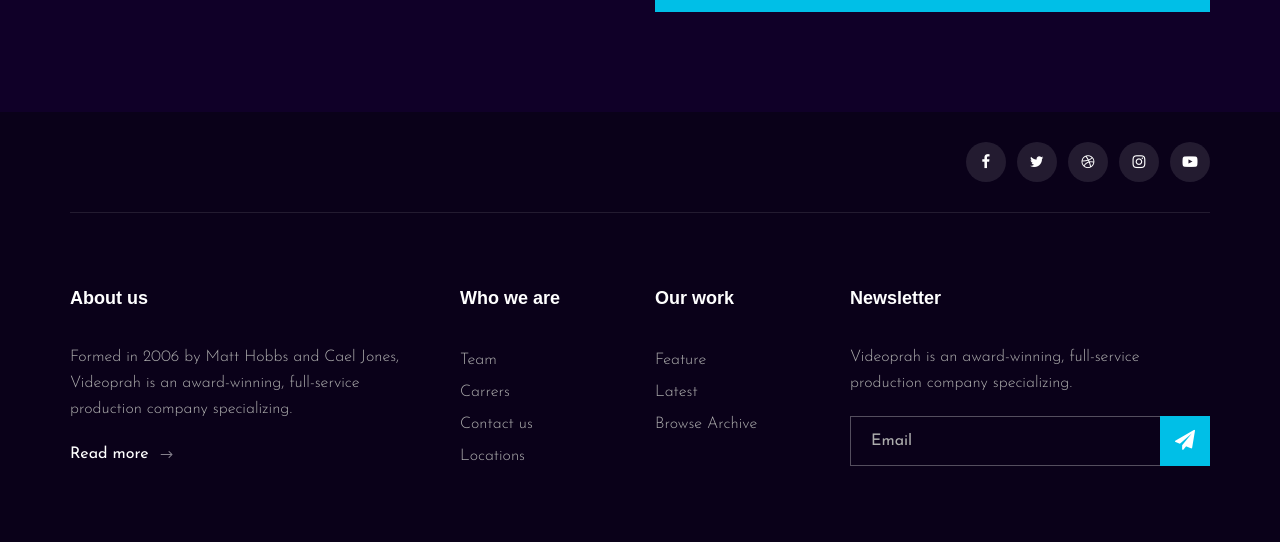
Repository: codexshot/himanshu-portfolio.io
Page: contact.html
The author's editor kept a copy of each file at every save. The page is drawn from the files as they stood at one save, then again after the next save.
The browser window is 1280 px wide. The pictures show the part of the page from y = 1095 to 1637 px (the page is 1637 px tall).
Some web fonts or font styles are not loaded; a fallback is used.

Above is the page before, as saved 2024-04-14 19:03:28.

### contact.html
<!DOCTYPE html>
<html lang="zxx">

<head>
    <meta charset="UTF-8">
    <meta name="description" content="Videograph Template">
    <meta name="keywords" content="Videograph, unica, creative, html">
    <meta name="viewport" content="width=device-width, initial-scale=1.0">
    <meta http-equiv="X-UA-Compatible" content="ie=edge">
    <title>Videograph | Template</title>

    <!-- Google Font -->
    <link href="https://fonts.googleapis.com/css2?family=Play:wght@400;700&display=swap" rel="stylesheet">
    <link href="https://fonts.googleapis.com/css2?family=Josefin+Sans:wght@300;400;500;600;700&display=swap"
        rel="stylesheet">

    <!-- Css Styles -->
    <link rel="stylesheet" href="css/bootstrap.min.css" type="text/css">
    <link rel="stylesheet" href="css/font-awesome.min.css" type="text/css">
    <link rel="stylesheet" href="css/elegant-icons.css" type="text/css">
    <link rel="stylesheet" href="css/owl.carousel.min.css" type="text/css">
    <link rel="stylesheet" href="css/magnific-popup.css" type="text/css">
    <link rel="stylesheet" href="css/slicknav.min.css" type="text/css">
    <link rel="stylesheet" href="css/style.css" type="text/css">
</head>

<body>
    <!-- Page Preloder -->
    <div id="preloder">
        <div class="loader"></div>
    </div>

    <!-- Header Section Begin -->
    <header class="header">
        <div class="container">
            <div class="row">
                <div class="col-lg-2">
                    <div class="header__logo">
                        <h4 style="color: aliceblue;">Himanshu's Portfolio</h4>
                    </div>
                </div>
                <div class="col-lg-10">l̥
                    <div class="header__nav__option">
                        <nav class="header__nav__menu mobile-menu">
                            <ul>
                                <li class="active"><a href="./index.html">Home</a></li>
                                <li><a href="./about.html">About</a></li>

                                <li><a href="./services.html">Services</a></li>
                                <li><a href="./contact.html">Contact</a></li>
                            </ul>
                        </nav>
                        <div class="header__nav__social">
                            <a href="#"><i class="fa fa-facebook"></i></a>
                            <a href="#"><i class="fa fa-twitter"></i></a>
                            <a href="#"><i class="fa fa-dribbble"></i></a>
                            <a href="#"><i class="fa fa-instagram"></i></a>
                            <a href="#"><i class="fa fa-youtube-play"></i></a>
                        </div>
                    </div>
                </div>
            </div>
            <div id="mobile-menu-wrap"></div>
        </div>
    </header>
    <!-- Header End -->

    <!-- Breadcrumb Begin -->
    <div class="breadcrumb-option spad set-bg" data-setbg="img/breadcrumb-bg.jpg">
        <div class="container">
            <div class="row">
                <div class="col-lg-12 text-center">
                    <div class="breadcrumb__text">
                        <h2>Contact Detail</h2>
                        <div class="breadcrumb__links">
                            <a href="#">Home</a>
                            <span>Contact</span>
                        </div>
                    </div>
                </div>
            </div>
        </div>
    </div>
    <!-- Breadcrumb End -->

    <!-- Contact Widget Section Begin -->
    <section class="contact-widget spad">
        <div class="container">
            <div class="row">
                <div class="col-lg-4 col-md-6 col-md-6 col-md-3">
                    <div class="contact__widget__item">
                        <div class="contact__widget__item__icon">
                            <i class="fa fa-map-marker"></i>
                        </div>
                        <div class="contact__widget__item__text">
                            <h4>Address</h4>
                            <p>Bathurst St. Toronto Canada</p>
                        </div>
                    </div>
                </div>
                <div class="col-lg-4 col-md-6 col-md-6 col-md-3">
                    <div class="contact__widget__item">
                        <div class="contact__widget__item__icon">
                            <i class="fa fa-phone"></i>
                        </div>
                        <div class="contact__widget__item__text">
                            <h4>Hotline</h4>
                            <p>+1 647 839 9508</p>
                        </div>
                    </div>
                </div>
                <div class="col-lg-4 col-md-6 col-md-6 col-md-3">
                    <div class="contact__widget__item">
                        <div class="contact__widget__item__icon">
                            <i class="fa fa-map-marker"></i>
                        </div>
                        <div class="contact__widget__item__text">
                            <h4>Email</h4>
                            <p>abhahim@gmail.com</p>
                        </div>
                    </div>
                </div>
            </div>
        </div>
    </section>
    <!-- Contact Widget Section End -->

    <!-- Call To Action Section Begin -->
    <section class="contact spad">
        <div class="container">
            <div class="row">
                <div class="col-lg-6 col-md-6">
                    <div class="contact__map">
                        <iframe
                        src="https://www.google.com/maps/embed?pb=!1m18!1m12!1m3!1d387190.2798902705!2d-79.347015!3d43.651070!2m3!1f0!2f0!3f0!3m2!1i1024!2i768!4f13.1!3m3!1m2!1s0x89d4cb90d7b6e35b:0x808f77d04f0bde21!2sToronto%2C%20ON%2C%20Canada!5e0!3m2!1sen!2sbd!4v1596152431947!5m2!1sen!2sbd"
                            height="450" style="border:0;"></iframe>
                    </div>
                </div>
                <div class="col-lg-6 col-md-6">
                    <div class="contact__form">
                        <h3>Get in touch</h3>
                        <form action="#">
                            <input type="text" placeholder="Name">
                            <input type="text" placeholder="Email">
                            <input type="text" placeholder="Website">
                            <textarea placeholder="Message"></textarea>
                            <button type="submit" class="site-btn">Send Message</button>
                        </form>
                    </div>
                </div>
            </div>
        </div>
    </section>
    <!-- Call To Action Section End -->

    <!-- Footer Section Begin -->
    <footer class="footer">
        <div class="container">
            <div class="footer__top">
                <div class="row">
                    <div class="col-lg-6 col-md-6">
                        <div class="footer__top__logo">

                        </div>
                    </div>
                    <div class="col-lg-6 col-md-6">
                        <div class="footer__top__social">
                            <a href="#"><i class="fa fa-facebook"></i></a>
                            <a href="#"><i class="fa fa-twitter"></i></a>
                            <a href="#"><i class="fa fa-dribbble"></i></a>
                            <a href="#"><i class="fa fa-instagram"></i></a>
                            <a href="#"><i class="fa fa-youtube-play"></i></a>
                        </div>
                    </div>
                </div>
            </div>
            <div class="footer__option">
                <div class="row">
                    <div class="col-lg-4 col-md-6">
                        <div class="footer__option__item">
                            <h5>About us</h5>
                            <p>Formed in 2006 by Matt Hobbs and Cael Jones, Videoprah is an award-winning, full-service
                                production company specializing.</p>
                            <a href="#" class="read__more">Read more <span class="arrow_right"></span></a>
                        </div>
                    </div>
                    <div class="col-lg-2 col-md-3">
                        <div class="footer__option__item">
                            <h5>Who we are</h5>
                            <ul>
                                <li><a href="#">Team</a></li>
                                <li><a href="#">Carrers</a></li>
                                <li><a href="#">Contact us</a></li>
                                <li><a href="#">Locations</a></li>
                            </ul>
                        </div>
                    </div>
                    <div class="col-lg-2 col-md-3">
                        <div class="footer__option__item">
                            <h5>Our work</h5>
                            <ul>
                                <li><a href="#">Feature</a></li>
                                <li><a href="#">Latest</a></li>
                                <li><a href="#">Browse Archive</a></li>

                            </ul>
                        </div>
                    </div>
                    <div class="col-lg-4 col-md-12">
                        <div class="footer__option__item">
                            <h5>Newsletter</h5>
                            <p>Videoprah is an award-winning, full-service production company specializing.</p>
                            <form action="#">
                                <input type="text" placeholder="Email">
                                <button type="submit"><i class="fa fa-send"></i></button>
                            </form>
                        </div>
                    </div>
                </div>
            </div>
            <!-- <div class="footer__copyright"> -->
                <!-- <div class="row"> -->
                    <!-- <div class="col-lg-12 text-center"> -->
                        <!-- Link back to Colorlib can't be removed. Template is licensed under CC BY 3.0. -->
                        <!-- <p class="footer__copyright__text">Copyright &copy; -->
                            <!-- <script> -->
                                <!-- document.write(new Date().getFullYear()); -->
                            <!-- </script> -->
                            <!-- All rights reserved | This template is made with <i class="fa fa-heart-o" -->
                                <!-- aria-hidden="true"></i> by <a href="https://colorlib.com" target="_blank">Colorlib</a> -->
                        <!-- </p> -->
                        <!-- Link back to Colorlib can't be removed. Template is licensed under CC BY 3.0. -->
                    <!-- </div> -->
                <!-- </div> -->
            <!-- </div> -->
        </div>
    </footer>
    <!-- Footer Section End -->

    <!-- Js Plugins -->
    <script src="js/jquery-3.3.1.min.js"></script>
    <script src="js/bootstrap.min.js"></script>
    <script src="js/jquery.magnific-popup.min.js"></script>
    <script src="js/mixitup.min.js"></script>
    <script src="js/masonry.pkgd.min.js"></script>
    <script src="js/jquery.slicknav.js"></script>
    <script src="js/owl.carousel.min.js"></script>
    <script src="js/main.js"></script>
</body>

</html>

Loaded but not shown: css/bootstrap.min.css (library); css/font-awesome.min.css (library); css/owl.carousel.min.css (library); css/magnific-popup.css (library); css/slicknav.min.css (common file); js/jquery-3.3.1.min.js (library); js/bootstrap.min.js (library); js/jquery.magnific-popup.min.js (library); js/mixitup.min.js (library); js/masonry.pkgd.min.js (library); js/jquery.slicknav.js (library); js/owl.carousel.min.js (library); js/main.js (182 lines, source omitted); css/style.css (2339 lines, source omitted); css/elegant-icons.css (1157 lines, source omitted)

After the next save:
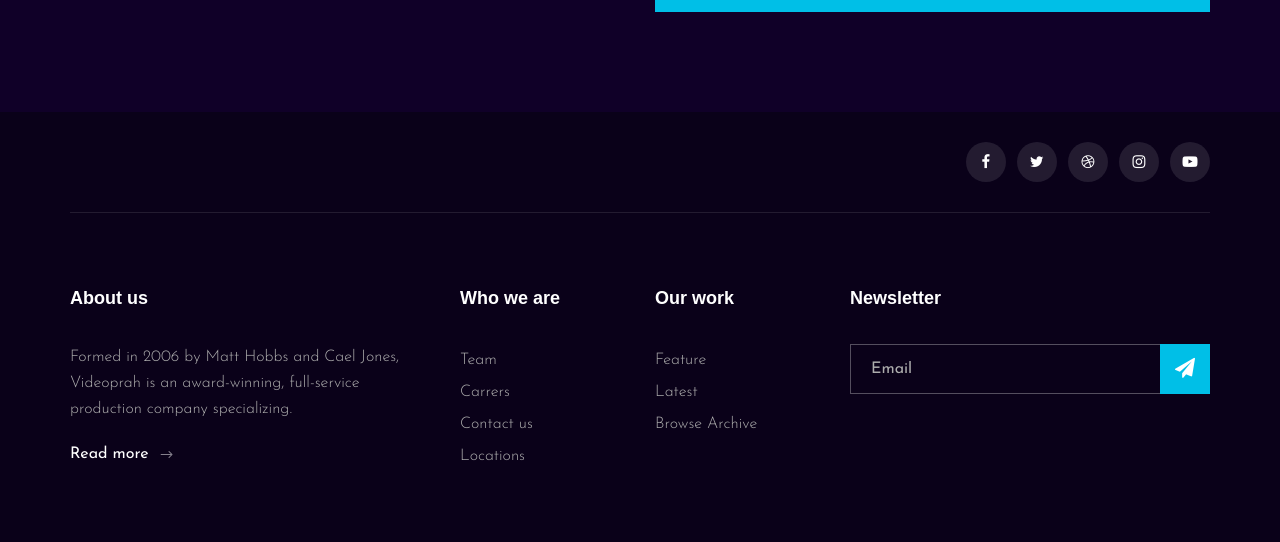
Saved 9 s later.
--- a/contact.html
+++ b/contact.html
@@ -209,7 +209,7 @@
                     <div class="col-lg-4 col-md-12">
                         <div class="footer__option__item">
                             <h5>Newsletter</h5>
-                            <p>Videoprah is an award-winning, full-service production company specializing.</p>
+                            <!-- <p>Videoprah is an award-winning, full-service production company specializing.</p> -->
                             <form action="#">
                                 <input type="text" placeholder="Email">
                                 <button type="submit"><i class="fa fa-send"></i></button>
